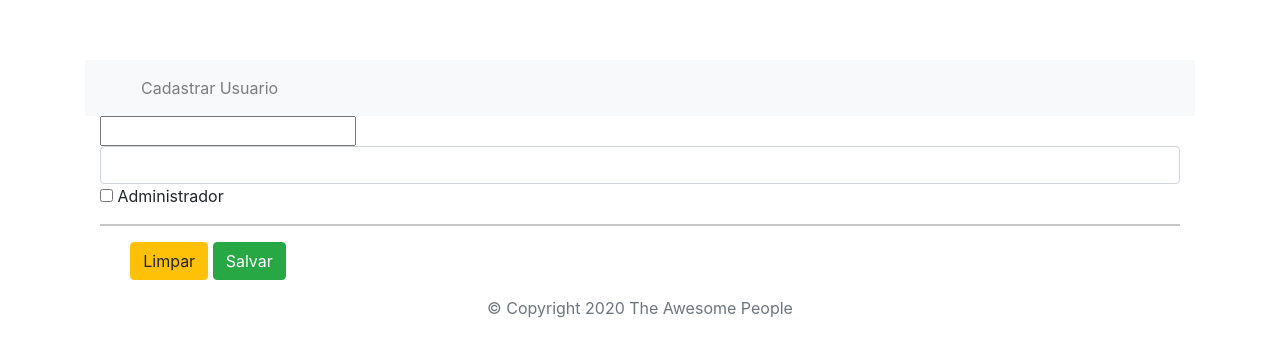
Repository: ClaytonEduard/cartaodeponto
Page: http://localhost/
An editor plug-in stored every save of this project. The page is shown before and after the next save, followed by the edit.
The browser window is 1280 px wide. The pictures show the whole page.
Some web libraries are served in a nearby version. The page is served by the project's Node server (app.js).

Above is the page before, as saved 2022-04-11 17:48:28.

After the next save:
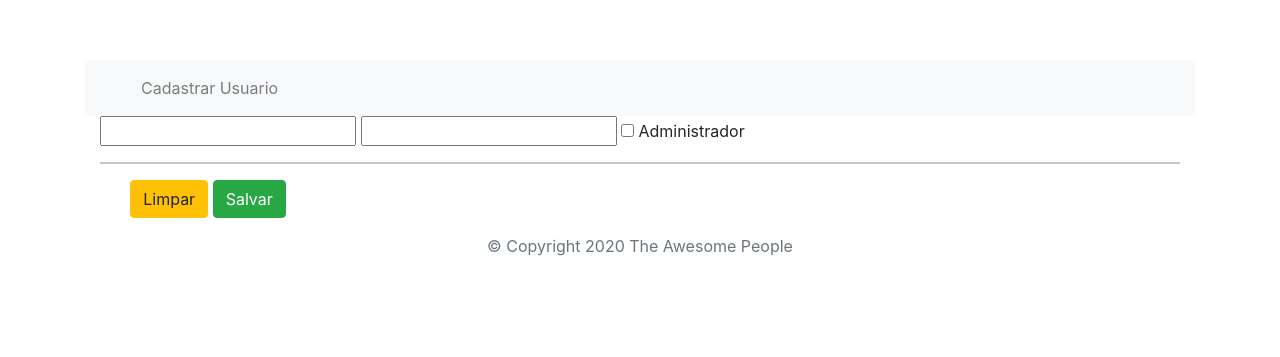
Saved 4 s later.
--- a/views/cadusuario.ejs
+++ b/views/cadusuario.ejs
@@ -18,7 +18,7 @@
     <div class="container">
         <form action="/" method="POST">
             <input type="number" id="matricula" />
-            <input type="password" class="form-control" id="senha" />
+            <input type="password" id="senha" />
 
             <input type="checkbox" id="eAdmin " name="eAdmin " />
             <label class="form-check-label" for="eAdmin ">Administrador</label>
